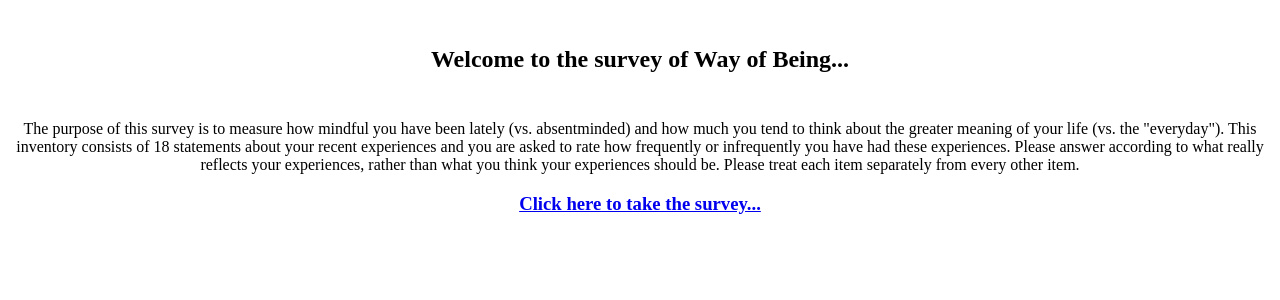
Repository: onlinechetan/WayOfBeing
Page: http://localhost/wayofbeing/
These files come from the project's save history. The page is drawn as it stood at one moment and after the next save; the edit follows.
The browser window is 1280 px wide. The pictures show the whole page.
The page is served by Tomcat 9. Other server files are loaded and not shown.

Above is the page before, as saved 2015-11-07 21:34:10.

### wayofbeing/WebContent/index.jsp
<html>
<head>
<title>Way of Being!!! </title>
<style type="text/css">

</style>
</head>
<body>
	<br>
	<div style="text-align:center">
		<h2>
			Welcome to the survey of Way of Being...<br> <br>
		</h2>
		The purpose of this survey is to measure how mindful you have been lately (vs. absentminded) and how much you tend to think about the greater meaning of your life (vs. the "everyday"). This inventory consists of 18 statements about your recent experiences and you are asked to rate how frequently or infrequently you have had these experiences. Please answer according to what really reflects your experiences, rather than what you think your experiences should be. Please treat each item separately from every other item.
		<h3>
			<a href="welcome.jsp">Click here to take the survey... </a>
		</h3>
	</div>
</body>
</html>

After the next save:
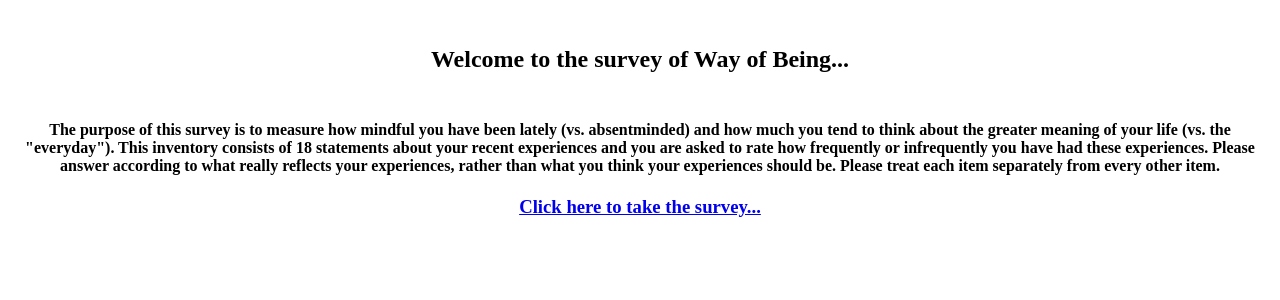
Saved 88 s later.
--- a/wayofbeing/WebContent/index.jsp
+++ b/wayofbeing/WebContent/index.jsp
@@ -11,7 +11,9 @@
 		<h2>
 			Welcome to the survey of Way of Being...<br> <br>
 		</h2>
+		<h4>
 		The purpose of this survey is to measure how mindful you have been lately (vs. absentminded) and how much you tend to think about the greater meaning of your life (vs. the "everyday"). This inventory consists of 18 statements about your recent experiences and you are asked to rate how frequently or infrequently you have had these experiences. Please answer according to what really reflects your experiences, rather than what you think your experiences should be. Please treat each item separately from every other item.
+		</h4>
 		<h3>
 			<a href="welcome.jsp">Click here to take the survey... </a>
 		</h3>
